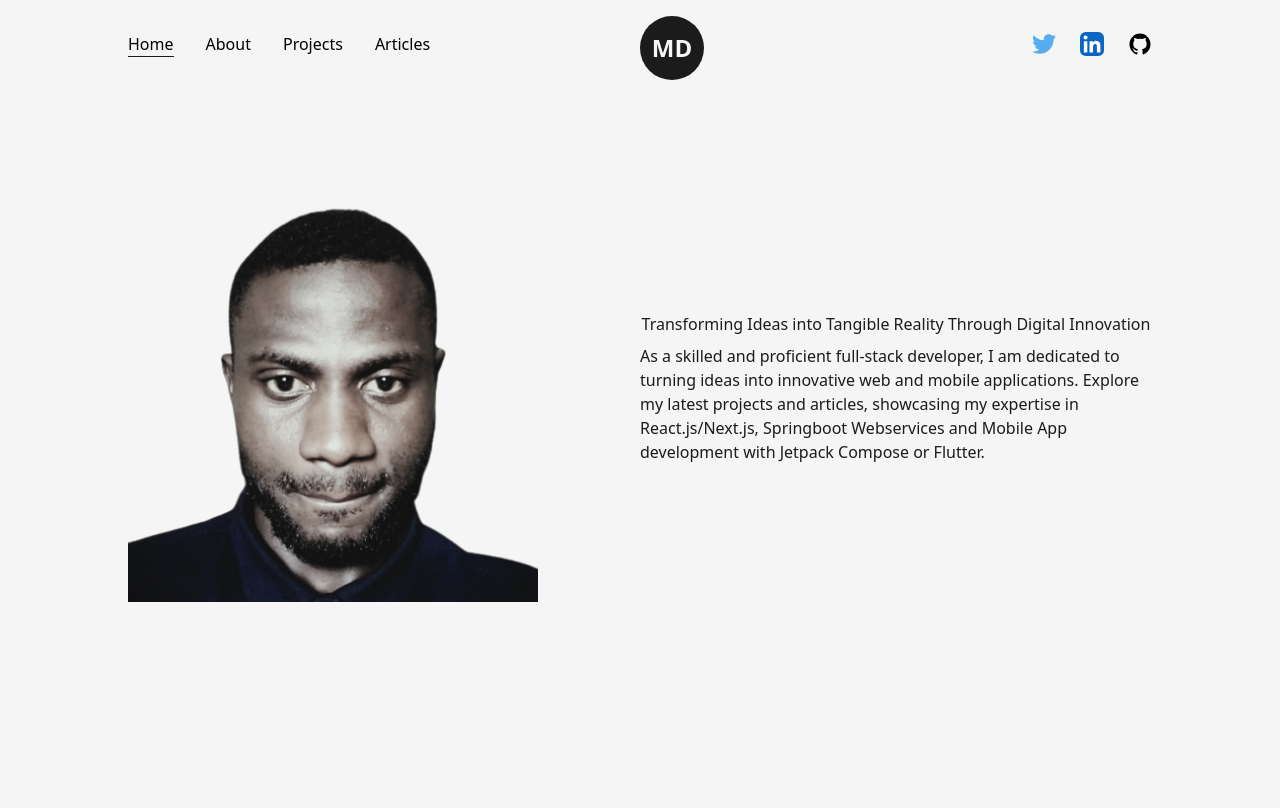
Repository: marcusdashe/situs
Page: /
These files come from the project's save history. The page is drawn as it stood at one moment and after the next save; the edit follows.
The browser window is 1280 px wide. The pictures show the whole page.
The project was rebuilt for these pictures with package versions that can differ from the ones it lists, and the page was loaded fresh each time. The framework's server and built-in components were replaced by stand-ins that run in the browser.

Above is the page before, as saved 2023-06-15 17:43:35.

### src/pages/_app.js
import Navbar from "@/components/Navbar";
import "@/styles/globals.css";
import Head from "next/head";
// import { IBM_Plex_Sans } from "next/font/google";

// const ibm = IBM_Plex_Sans({
//   subsets: ["latin"],
//   variable: "--font-mont",
// });

export default function App({ Component, pageProps }) {
  return (
    <>
      <Head>
        <meta name="viewport" content="width=device-width, initial-scale=1" />
        <link rel="icon" href="/favicon.ico" />
      </Head>
      <main className={`  bg-light w-full min-h-screen`}>
        <Navbar />
        <Component {...pageProps} />
      </main>
    </>
  );
}

### src/components/Navbar.jsx
import React from "react";
import { useRouter } from "next/router";
import Link from "next/link";
import Logo from "./Logo";
import { TwitterIcon, GithubIcon, LinkedInIcon } from "./Icons";
import { motion } from "framer-motion";

const CustomLink = ({ href, title, className = "" }) => {
  const router = useRouter();

  return (
    <Link href={href} className={`${className} relative group`}>
      {title}
      <span
        className={`h-[1px] inline-block bg-dark absolute left-0 -bottom-0.5 group-hover:w-full transition-[width] ease duration-300 ${
          router.asPath === href ? "w-full" : "w-0"
        }`}
      >
        &nbsp;
      </span>
    </Link>
  );
};

const Navbar = () => {
  return (
    <header
      className="w-full px-32 py-8 font-medium
            flex items-center justify-between"
    >
      <nav>
        <CustomLink href="/" title="Home" className="mr-4" />
        <CustomLink href="/about" title="About" className="mx-4" />
        <CustomLink href="/projects" title="Projects" className="mx-4" />
        <CustomLink href="/articles" title="Articles" className="ml-4" />
      </nav>

      <nav className="flex items-center justify-center flex-wrap">
        <motion.a
          href="https://www.twitter.com/marcusdashe"
          target={"_blank"}
          whileHover={{
            y: -2,
          }}
          whileTap={{ scale: 0.9 }}
          className="w-6 mx-3"
        >
          <TwitterIcon className="" />
        </motion.a>
        <motion.a
          href="https://www.linkedin.com/in/marcus-dashe-15a088202"
          target={"_blank"}
          whileHover={{
            y: -2,
          }}
          whileTap={{ scale: 0.9 }}
          className="w-6 mx-3"
        >
          <LinkedInIcon />
        </motion.a>
        <motion.a
          href="https://www.github.com/marcusdashe"
          target={"_blank"}
          whileHover={{
            y: -2,
          }}
          whileTap={{ scale: 0.9 }}
          className="w-6 ml-3"
        >
          <GithubIcon />
        </motion.a>
      </nav>
      <div className="absolute left-[50%] top-2 translate-x-[-50]">
        <Logo />
      </div>
    </header>
  );
};

export default Navbar;

### src/styles/globals.css
@import url("https://fonts.googleapis.com/css2?family=IBM+Plex+Sans:ital,wght@0,100;0,200;0,300;1,100;1,200&family=Inter:wght@300;400;500;600;700;800;900&display=swap");

@tailwind base;
@tailwind components;
@tailwind utilities;

### src/components/Layout.jsx
import React from "react";

const Layout = ({ children, className = "" }) => {
  return (
    <div className={`${className} w-full inline-block z-0 bg-light p-32  `}>
      {children}
    </div>
  );
};

export default Layout;

### src/components/AnimatedText.jsx
import React from "react";

const AnimatedText = ({ text, className = "" }) => {
  return (
    <div className="w-full mx-auto py-2 flex items-center justify-center text-center overflow-hidden ">
      <h1 className={`inline-block w-full text-dark ${className}`}>{text}</h1>
    </div>
  );
};

export default AnimatedText;

### src/components/Logo.jsx
"use client";

import React from "react";
import Link from "next/link";
import { motion } from "framer-motion";

const MotionLink = motion(Link);

const Logo = () => {
  return (
    <div className="flex items-center justify-center mt-2">
      <MotionLink
        href="/"
        className="w-16 h-16 bg-dark text-light flex items-center
        justify-center rounded-full text-2xl font-bold hover
      "
        whileHover={{
          scale: 1.5,
          backgroundColor: [
            "#121212",
            "rgba(131,58,180,1)",
            "rgba(253,29,29,1)",
            "rgba(252,176,69,1)",
            "rgba(131,58,180,1)",
            "#121212",
          ],
          transition: {
            duration: 1,
            repeat: Infinity,
          },
        }}
      >
        MD
      </MotionLink>
    </div>
  );
};

export default Logo;

Loaded but not shown: src/pages/index.js (45 lines, source omitted); tailwind.config.js (27 lines, source omitted); src/components/Icons.jsx (463 lines, source omitted)

After the next save:
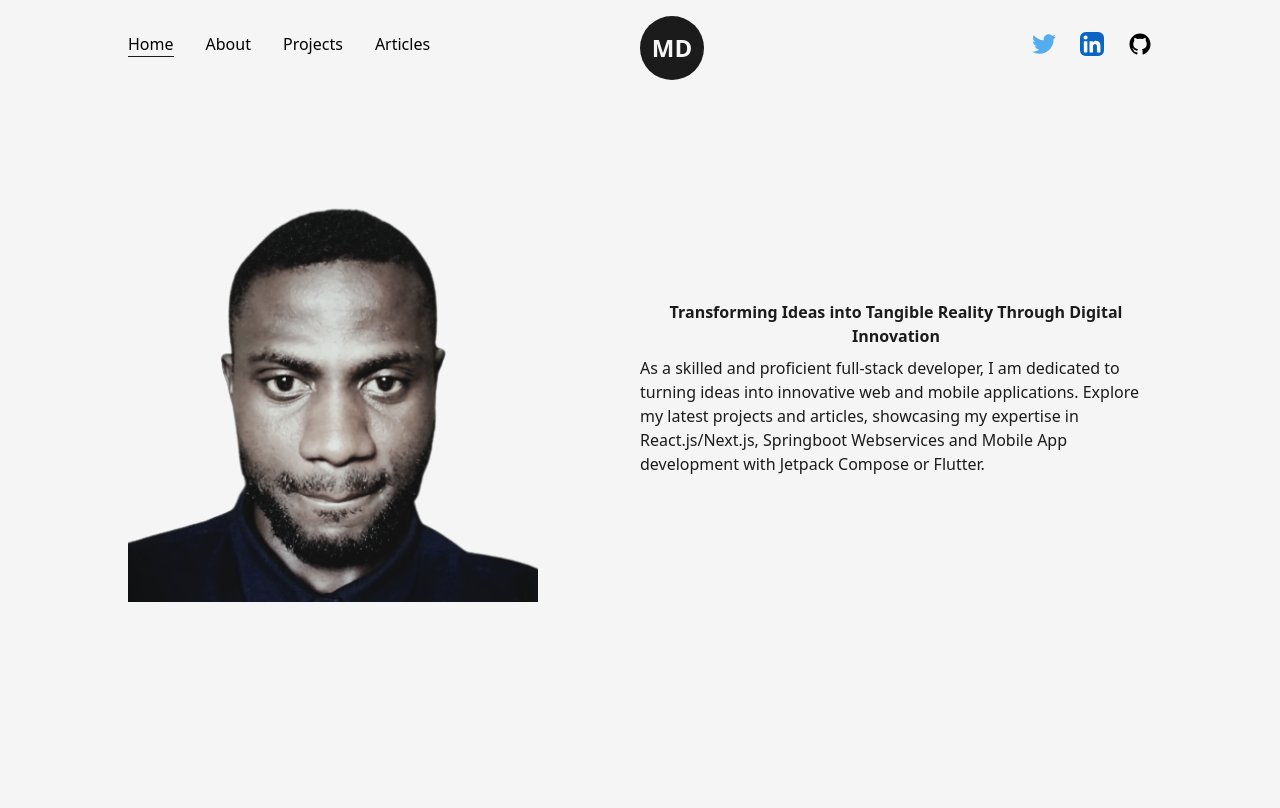
Saved 14 s later.
--- a/src/components/AnimatedText.jsx
+++ b/src/components/AnimatedText.jsx
@@ -3,7 +3,9 @@ import React from "react";
 const AnimatedText = ({ text, className = "" }) => {
   return (
     <div className="w-full mx-auto py-2 flex items-center justify-center text-center overflow-hidden ">
-      <h1 className={`inline-block w-full text-dark ${className}`}>{text}</h1>
+      <h1 className={`inline-block w-full text-dark font-bold ${className}`}>
+        {text}
+      </h1>
     </div>
   );
 };
